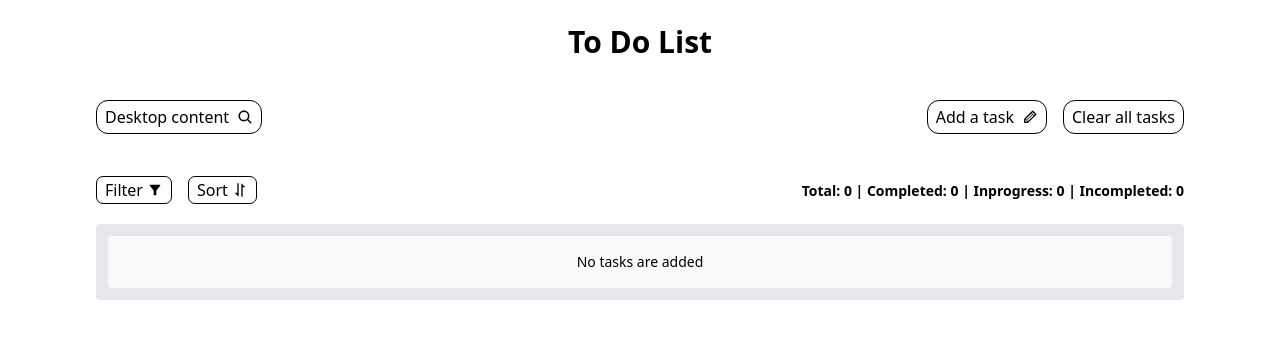
Repository: Priya-creates/Taskly
Page: /
The author's editor kept a copy of each file at every save. The page is drawn from the files as they stood at one save, then again after the next save.
The browser window is 1280 px wide. The pictures show the whole page.
The project was rebuilt for these pictures with package versions that can differ from the ones it lists, and the page was loaded fresh each time. Also part of the build but not shown: vite.config.js, src/components/AddTask.jsx, src/components/SearchTask.jsx, src/components/Filter.jsx, src/components/Sort.jsx.

Above is the page before, as saved 2025-10-02 18:40:03.

After the next save:
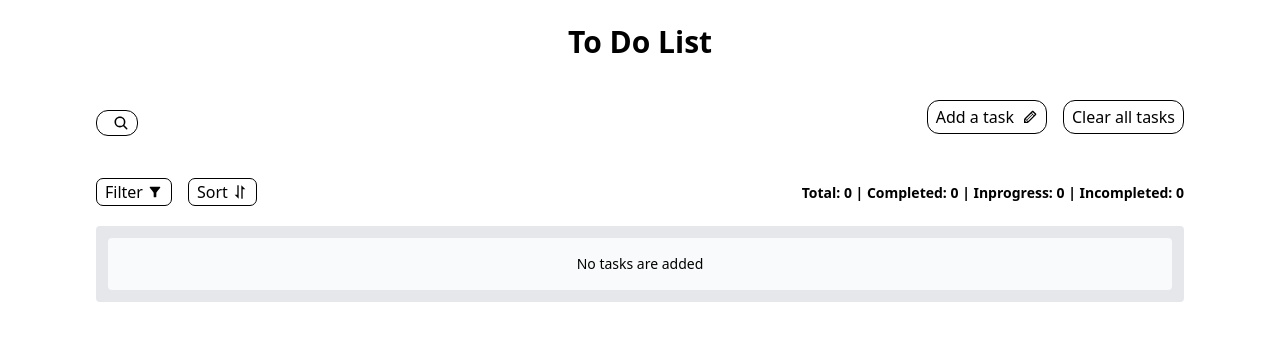
Saved 4 s later.
--- a/src/App.jsx
+++ b/src/App.jsx
@@ -86,7 +86,7 @@ const App = () => {
              hover:bg-black hover:text-white cursor-pointer
              text-sm sm:text-base py-1 sm:py-1 px-2 sm:px-2 "
         >
-          <p>{isMobile ? "Search" : "Desktop content"}</p>
+          <p>{isMobile ? "Search" : ""}</p>
           <IoSearch />
         </div>
         <div className="flex gap-4">
